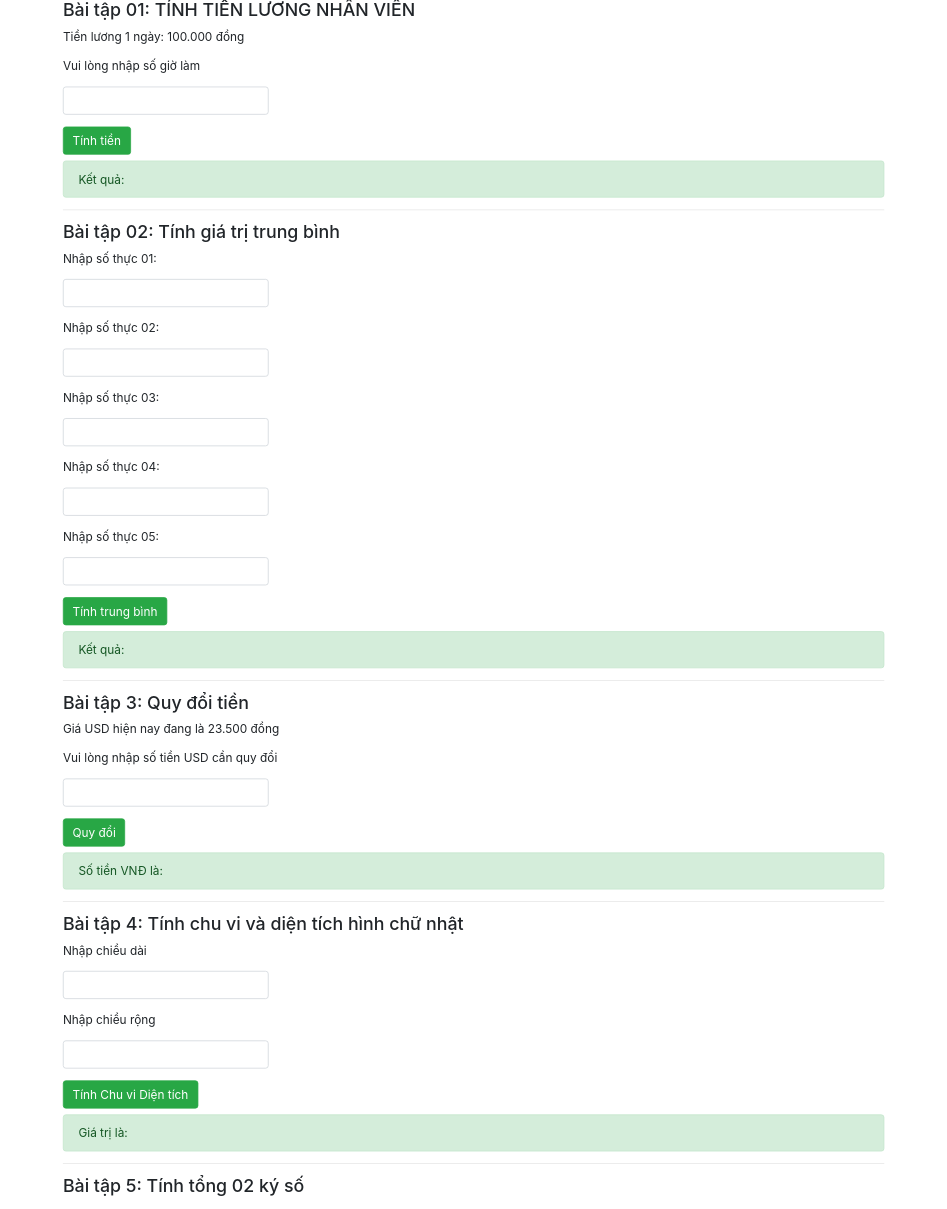
Repository: ducdatit2002/javascript-tinh-day13
Page: index.html
The author's editor kept a copy of each file at every save. The page is drawn from the files as they stood at one save, then again after a run of saves.
The browser window is 1280 px wide. The pictures show the whole page, at 74% of full size.

Above is the page before, as saved 2023-08-14 00:50:06.

### index.html
<!DOCTYPE html>
<html lang="en">
  <head>
    <title>Bài tập JS Buổi 13</title>
    <!-- Required meta tags -->
    <meta charset="utf-8" />
    <meta
      name="viewport"
      content="width=device-width, initial-scale=1, shrink-to-fit=no"
    />

    <!-- Bootstrap CSS -->
    <link
      rel="stylesheet"
      href="https://stackpath.bootstrapcdn.com/bootstrap/4.3.1/css/bootstrap.min.css"
      integrity="sha384-ggOyR0iXCbMQv3Xipma34MD+dH/1fQ784/j6cY/iJTQUOhcWr7x9JvoRxT2MZw1T"
      crossorigin="anonymous"
    />
  </head>
  <body>
    <div class="container">
      <!-- Bài 1: TÍNH TIỀN LƯƠNG NHÂN VIÊN -->
      <div class="form-group">
        <h4>Bài tập 01: TÍNH TIỀN LƯƠNG NHÂN VIÊN</h4>
        <div class="form-group">
          <p>Tiền lương 1 ngày: 100.000 đồng</p>
        </div>
        <div class="form-group">
          <p>Vui lòng nhập số giờ làm</p>
          <input id="soGioLam" class="form-control w-25" />
        </div>
        <button
          onclick="tinhTongLuong()"
          id="btnTinhTien"
          class="btn btn-success"
        >
          Tính tiền
        </button>
        <div class="mt-2 alert alert-success">
          Kết quả: <span id="tongLuong"></span>
        </div>
      </div>
      <hr />
      <!-- Bài 2: TÍNH GIÁ TRỊ TRUNG BÌNH -->
      <div class="form-group">
        <h4>Bài tập 02: Tính giá trị trung bình</h4>
        <div class="form-group">
          <p>Nhập số thực 01:</p>
          <input id="sothuc01" class="form-control w-25" />
        </div>
        <div class="form-group">
          <p>Nhập số thực 02:</p>
          <input id="sothuc02" class="form-control w-25" />
        </div>
        <div class="form-group">
          <p>Nhập số thực 03:</p>
          <input id="sothuc03" class="form-control w-25" />
        </div>
        <div class="form-group">
          <p>Nhập số thực 04:</p>
          <input id="sothuc04" class="form-control w-25" />
        </div>
        <div class="form-group">
          <p>Nhập số thực 05:</p>
          <input id="sothuc05" class="form-control w-25" />
        </div>
        <button
          onclick="tinhTrungBinh()"
          id="btnTrungBinh"
          class="btn btn-success"
        >
          Tính trung bình
        </button>
        <div class="mt-2 alert alert-success">
          Kết quả: <span id="trungBinh"></span>
        </div>
      </div>
      <hr />
      <!-- Bài 3: QUY ĐỔI TIỀN -->
      <div class="form-group">
        <h4>Bài tập 3: Quy đổi tiền</h4>
        <div class="form-group">
          <p>Giá USD hiện nay đang là 23.500 đồng</p>
        </div>
        <div class="form-group">
          <p>Vui lòng nhập số tiền USD cần quy đổi</p>
          <input id="soUSD" class="form-control w-25" />
        </div>
        <button onclick="tinhUSD()" id="btnUSD" class="btn btn-success">
          Quy đổi
        </button>
        <div class="mt-2 alert alert-success">
          Số tiền VNĐ là: <span id="tongUSD"></span>
        </div>
      </div>
      <hr />
      <!-- BÀI 4: TÍNH CHU VI VÀ DIỆN TÍCH HÌNH CHỮ NHẬT -->
      <div class="form-group">
        <h4>Bài tập 4: Tính chu vi và diện tích hình chữ nhật</h4>
        <div class="form-group">
          <div class="form-group">
            <p>Nhập chiều dài</p>
            <input id="chieuDai" class="form-control w-25" />
          </div>
          <div class="form-group">
            <p>Nhập chiều rộng</p>
            <input id="chieuRong" class="form-control w-25" />
          </div>
          <button onclick="tinhChuviDientich()" id="btnCVDT" class="btn btn-success">
            Tính Chu vi Diện tích
          </button>
          <div class="mt-2 alert alert-success">
           Giá trị là: <span id="ChuviDientich"></span>
          </div>
        </div>
      </div>
      <hr>
      <!-- BÀI 5: TÍNH TỔNG 2 KÝ SỐ -->
      <div class="form-group">
        <h4>Bài tập 5: Tính tổng 02 ký số</h4>
        <div class="form-group">

        </div>
      </div>
    </div>

    <!-- Optional JavaScript -->
    <!-- jQuery first, then Popper.js, then Bootstrap JS -->
    <script
      src="https://code.jquery.com/jquery-3.3.1.slim.min.js"
      integrity="sha384-q8i/X+965DzO0rT7abK41JStQIAqVgRVzpbzo5smXKp4YfRvH+8abtTE1Pi6jizo"
      crossorigin="anonymous"
    ></script>
    <script
      src="https://cdnjs.cloudflare.com/ajax/libs/popper.js/1.14.7/umd/popper.min.js"
      integrity="sha384-UO2eT0CpHqdSJQ6hJty5KVphtPhzWj9WO1clHTMGa3JDZwrnQq4sF86dIHNDz0W1"
      crossorigin="anonymous"
    ></script>
    <script
      src="https://stackpath.bootstrapcdn.com/bootstrap/4.3.1/js/bootstrap.min.js"
      integrity="sha384-JjSmVgyd0p3pXB1rRibZUAYoIIy6OrQ6VrjIEaFf/nJGzIxFDsf4x0xIM+B07jRM"
      crossorigin="anonymous"
    ></script>
    <script src="./index.js"></script>
  </body>
</html>

### index.js
// BÀI 1: TÍNH TIỀN LƯƠNG NHÂN VIÊN
function tinhTongLuong() {
  //input: tienluong1h, so gio lam:number
  var tienLuong = 100000;
  var soGioLam = document.getElementById("soGioLam").value;
  //Kiểm tra input
  // console.log(tienLuong);
  // console.log(soGioLam);

  let tongLuong = 0;

  //progress
  tongLuong = tienLuong * soGioLam;

  document.getElementById("tongLuong").innerHTML = tongLuong.toLocaleString();
}

// BÀI 2: TÍNH TRUNG BÌNH 5 SỐ THỰC
function tinhTrungBinh() {
  // Lấy giá trị của 5 số từ các phần tử input
  var sothuc01 = parseFloat(document.getElementById("sothuc01").value);
  var sothuc02 = parseFloat(document.getElementById("sothuc02").value);
  var sothuc03 = parseFloat(document.getElementById("sothuc03").value);
  var sothuc04 = parseFloat(document.getElementById("sothuc04").value);
  var sothuc05 = parseFloat(document.getElementById("sothuc05").value);

  // Tính giá trị trung bình
  var trungBinh = (sothuc01 + sothuc02 + sothuc03 + sothuc04 + sothuc05) / 5;

  // Hiển thị kết quả trung bình
  document.getElementById("trungBinh").innerHTML = trungBinh.toLocaleString();
}

// BÀI 3: QUY ĐỔI USD TO VNĐ
function tinhUSD() {
    //Lấy giá trị 1 USD, số USD
    var USD = 23500;
    var soUSD = document.getElementById("soUSD").value;
    let tongUSD = 0;

    // Tính tổng só USD
    tongUSD = USD * soUSD;

    //Hiển thị kết quả
      document.getElementById("tongUSD").innerHTML = tongUSD.toLocaleString();
}

//BÀI 4: TÍNH CHU VI VÀ DIỆN TÍCH HÌNH CHỮ NHẬT
function tinhChuviDientich() {
  // Lấy giá trị chiều dài, chiều rộng
  var chieuDai = parseFloat(document.getElementById("chieuDai").value);
  var chieuRong = parseFloat(document.getElementById("chieuRong").value);

  // Tính chu vi và diện tích
  var chuVi = 0;
  var dienTich = 0;

  chuVi = (chieuDai + chieuRong) * 2;
  dienTich = chieuDai * chieuRong;

  var thongBao = "Chu vi: " + chuVi + ", Diện tích: " + dienTich;

  // Hiển thị kết quả
  document.getElementById("ChuviDientich").innerHTML = thongBao;
}

//BÀI 5:

After the next 2 saves:
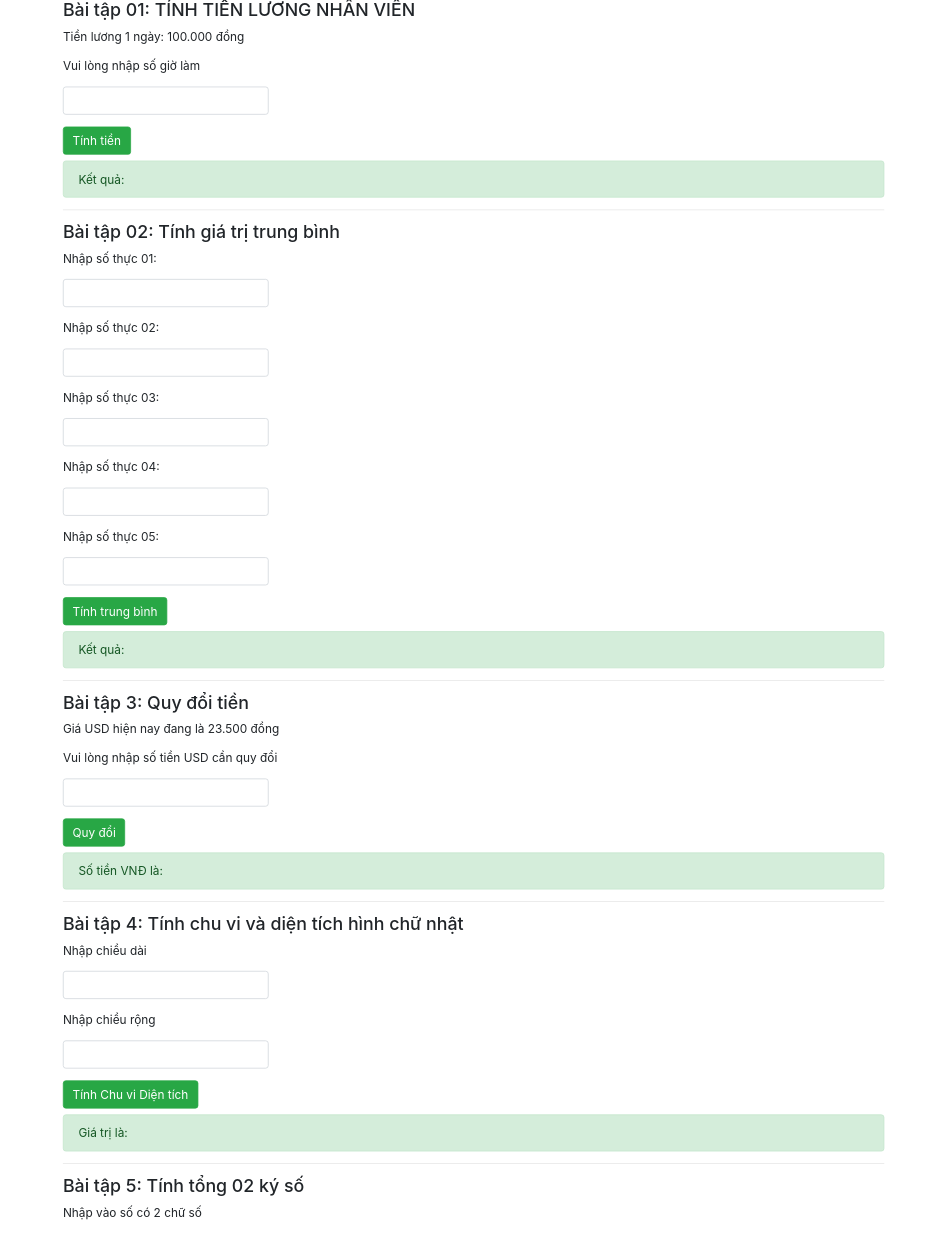
The 2 saves are shown as one change because they came seconds apart.
The last was saved 19 s later.
--- a/index.html
+++ b/index.html
@@ -119,7 +119,7 @@
       <div class="form-group">
         <h4>Bài tập 5: Tính tổng 02 ký số</h4>
         <div class="form-group">
-
+          <p>Nhập vào số có 2 chữ số</p>
         </div>
       </div>
     </div>
